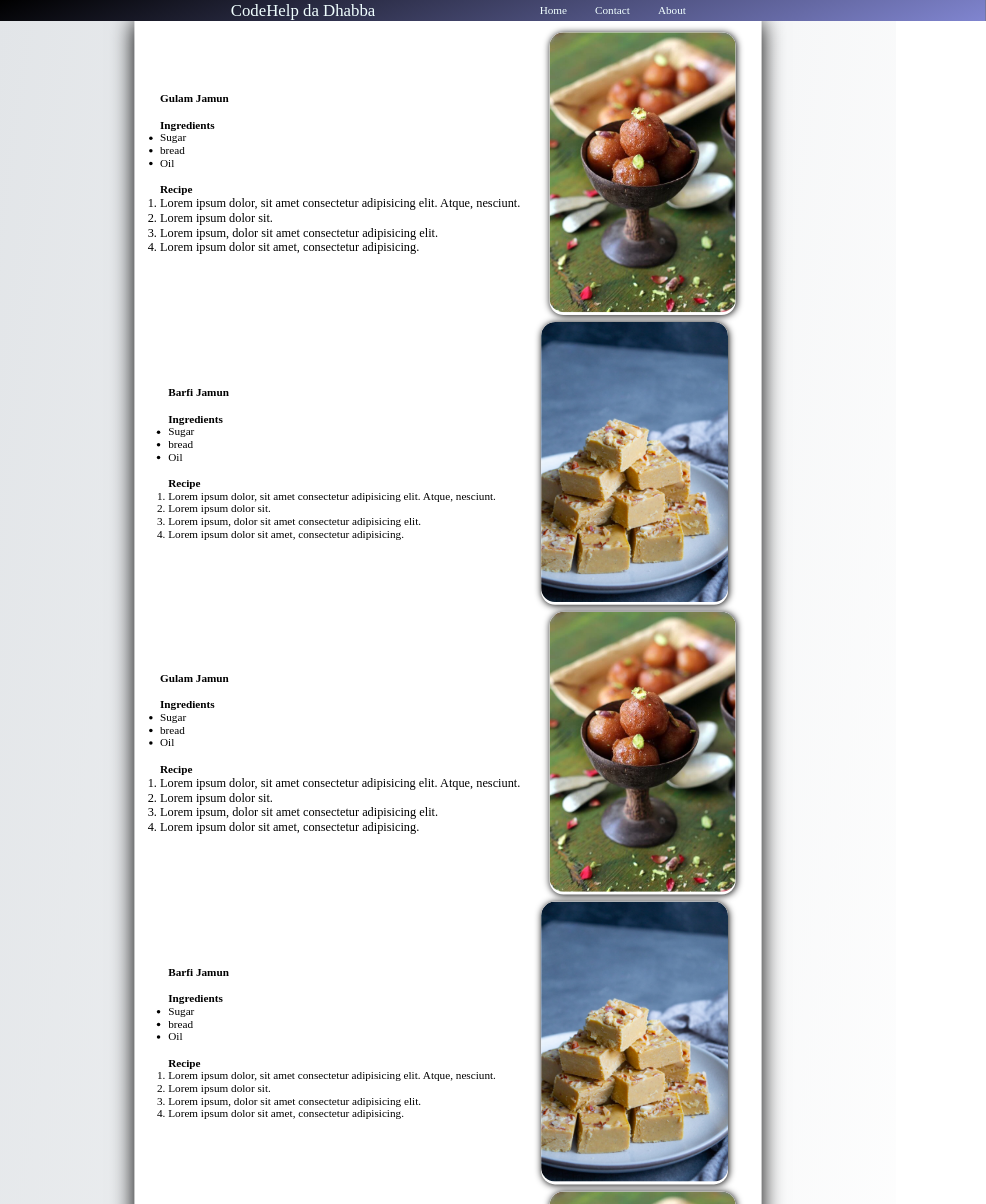
Repository: ssaddamhuss100/Recipe_Html_css
Page: index.html
These files come from the project's save history. The page is drawn as it stood at one moment and after the next save; the edit follows.
The browser window is 1280 px wide. The page is 1408 px wide, so the pictures cover 1408 px, including what lies to the right of the window. The pictures show the part of the page from y = 0 to 1720 px (the page is 2554 px tall), at 70% of full size.

Above is the page before, as saved 2024-12-12 10:58:29.

After the next save:
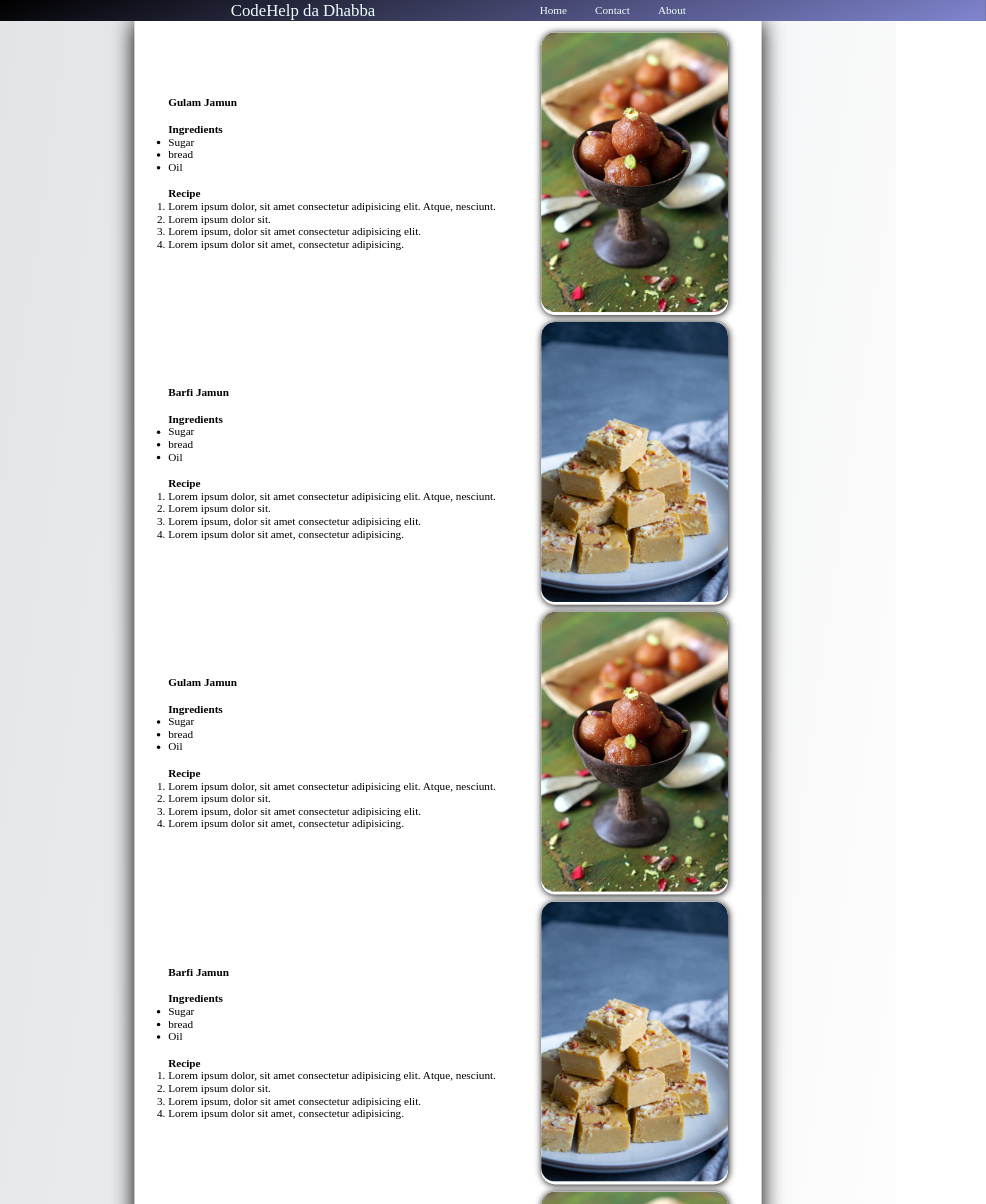
Saved 5 s later.
--- a/style.css
+++ b/style.css
@@ -120,7 +120,7 @@ footer{
 }
 
 .recipeBox{
-    font-size: 1.1rem;
+    font-size: 1rem;
 }
 
 .rightBox .overlay{
